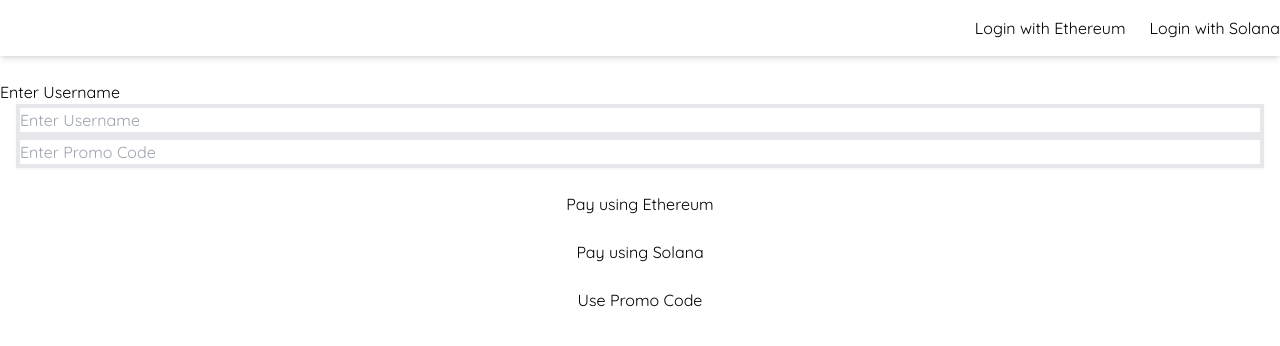
Repository: 22shivam/Polychain
Page: / (app in frontend/)
The author's editor kept a copy of each file at every save. The page is drawn from the files as they stood at one save, then again after the next save.
The browser window is 1280 px wide. The pictures show the whole page.
The page's requests for data from a server got no answer. The project was rebuilt for these pictures with package versions that can differ from the ones it lists, and the page was loaded fresh each time. The framework's server and built-in components were replaced by stand-ins that run in the browser. No one was signed in, and anything a server would have sent is missing. Also part of the build but not shown: frontend/next.config.js.

Above is the page before, as saved 2022-01-01 11:44:14.

### frontend/pages/_app.js
import React from 'react';
import '../styles/globals.css'
import { useState, createContext } from 'react';

const UserContext = createContext({
  userAccount: "",
  setUserAccount: () => { }
});

function MyApp({ Component, pageProps }) {
  const [userAccount, setUserAccount] = useState({});
  const value = { userAccount, setUserAccount };
  console.log(userAccount)


  return (
    <UserContext.Provider value={value}>
      <Component {...pageProps} />
    </UserContext.Provider>
  )
}

export default MyApp
export { UserContext };

### frontend/pages/_document.js
import Document, { Html, Head, Main, NextScript } from 'next/document'

class MyDocument extends Document {
    render() {
        return (
            <Html>
                <Head>
                    <link rel="preconnect" href="https://fonts.googleapis.com" />
                    <link rel="preconnect" href="https://fonts.gstatic.com" crossorigin />
                    <link href="https://fonts.googleapis.com/css2?family=Quicksand:wght@300;400;500;600;700&display=swap" rel="stylesheet" />
                </Head>
                <body className=''>
                    <Main />
                    <NextScript />
                </body>
            </Html>
        )
    }
}

export default MyDocument

### frontend/pages/index.js
import { useState, useEffect, useContext } from "react";
import transferSOL from "../lib/transferSol";
import transferEth from "../lib/transferEth";
import createPostRequest from "../lib/createPostRequest";
import { ethers } from "ethers";
import Link from 'next/link'
import getSolanaProvider from "../lib/getSolanaProvider";
import { UserContext } from "./_app";
import * as web3 from "@solana/web3.js";

export default function App() {
    console.log("rerendering")
    const [username, setUsername] = useState("")
    const [promoCode, setPromoCode] = useState("");
    const { userAccount, setUserAccount } = useContext(UserContext);

    const handleLogout = async () => {
        console.log(userAccount.blockchain)
        if (userAccount.blockchain == "sol") {
            window.solana.disconnect()
        }
        const response = await fetch("http://localhost:3001/logout", {
            credentials: 'include'
        })

        const processedResponse = await response.json()
        console.log(processedResponse)
        setUserAccount({})
    }

    useEffect(() => {
        // ask them to login either through solana or eth
        (async () => {
            console.log("fetching username details")
            const response = await fetch("http://localhost:3001/isLoggedIn", {
                credentials: 'include'
            })
            const processedResponse = await response.json()
            console.log("processedResponse", processedResponse)
            if (!processedResponse.isLoggedIn) {
                return console.log("please login first")
            } else {
                setUserAccount({ address: processedResponse.address, blockchain: processedResponse.blockchain })
            }
        })()
    }, [])

    useEffect(() => {
        if (window.ethereum) {
            window.ethereum.on('accountsChanged', handleLogout);
        }
        if (window.solana) {
            window.solana.on("disconnect", handleLogout)
        }
        return () => {
            if (window.ethereum) {
                window.ethereum.removeListener('accountsChanged', handleLogout);
            }
            if (window.solana) {
                window.solana.removeListener("disconnect", handleLogout);
            }
        }
    }, [])

    const registerUsingPromoCode = async (e) => {

        if (!window.ethereum)
            throw new Error("No Ethereum Crypto wallet found. Please install it.");
        // await window.ethereum.send("eth_requestAccounts");
        // const accounts = await window.ethereum.request({ method: 'eth_accounts' });
        if (!userAccount.address) {
            // ask them to login either through solana or eth
            return console.log("please login first")
        }

        const requestObject = {
            username,
            promoCode,
            address: userAccount.address,
            blockchain: userAccount.blockchain
        }

        try {
            const registrationResponse = await createPostRequest("http://localhost:3001/register/promo", requestObject)
            console.log(registrationResponse)
        } catch (err) { console.log("registration failed:", err) }

    }

    const registerUsingSolana = async (e) => {
        const coinbaseResponse = await fetch("https://api.coinbase.com/v2/exchange-rates")
        const data = await coinbaseResponse.json()
        const solPerUSD = data.data.rates.SOL
        const SOLpayValue = solPerUSD * 5
        const hash = await transferSOL(SOLpayValue, "AA6bqLgTzYPpFFH2R9XLdudibWcemLkKDRtZmPQEsEiS", setUserAccount);
        if (!hash) { return }

        const requestObject = {
            hash,
            username
        }

        try {
            const registrationResponse = await createPostRequest("http://localhost:3001/register/sol", requestObject)
            console.log(registrationResponse)
        } catch (err) { console.log("registration failed:", err) }


    }

    const registerUsingEthereum = async (e) => {
        // make get request to https://api.coinbase.com/v2/exchange-rates
        // get the USD value of ETH
        const coinbaseResponse = await fetch("https://api.coinbase.com/v2/exchange-rates")
        const data = await coinbaseResponse.json()
        const ethPerUSD = data.data.rates.ETH
        const ETHpayValue = ethPerUSD * 5

        const tx = await transferEth({
            ether: ETHpayValue.toString(),
            addr: "0x76aEB5092D8eabCec324Be739b8BA5dF473F0055"
        }, setUserAccount)
        if (!tx) { return }

        const requestObject = {
            tx,
            username
        }
        try {
            const registrationResponse = await createPostRequest("http://localhost:3001/register/eth", requestObject)
            console.log(registrationResponse)
        } catch (err) { console.log("registration failed:", err) }
    }

    const ethLogin = async (e) => {
        try {
            if (!window.ethereum)
                throw new Error("No Ethereum Crypto wallet found. Please install it.");
            // await window.ethereum.send("eth_requestAccounts");
            // const accounts = await window.ethereum.request({ method: 'eth_accounts' });
            const accounts = await window.ethereum.request({
                method: "wallet_requestPermissions",
                params: [{
                    eth_accounts: {}
                }]
            }).then(() => ethereum.request({
                method: 'eth_requestAccounts'
            }))
            // const accounts = await ethereum.request({ method: "eth_requestAccounts" })
            const provider = new ethers.providers.Web3Provider(window.ethereum);
            const signer = provider.getSigner();
            const message = `Logging in.... \n \n Random ID: ${Math.random().toString(36).slice(2)}`
            const signature = await signer.signMessage(message)
            const requestObject = {
                signature,
                message,
                address: accounts[0]
            }
            const loginResponse = await createPostRequest("http://localhost:3001/login/eth", requestObject)

            if (loginResponse.success) {
                setUserAccount({ address: accounts[0], blockchain: "eth" })
            }

            console.log(loginResponse)
        } catch (err) { console.log(err) }

    }

    const solLogin = async (e) => {
        try {
            const provider = await (async () => {
                if ("solana" in window) {
                    // await window.solana.request({ method: "disconnect" });
                    await window.solana.connect();
                    const provider = window.solana;
                    console.log("Is Phantom installed?  ", provider.isPhantom);
                    return provider
                } else {
                    window.open("https://www.phantom.app/", "_blank");
                }
            })()
            const message = `Logging in.... \n \n Random ID: ${Math.random().toString(36).slice(2)}`
            const encodedMessage = new TextEncoder().encode(message);
            const signedMessage = await window.solana.signMessage(encodedMessage, "utf8")
            console.log(JSON.parse(JSON.stringify(signedMessage.publicKey)).toString())
            console.log(signedMessage.publicKey.toBase58()) // returns publickey in base58.
            console.log(new web3.PublicKey(signedMessage.publicKey.toBase58()))
            console.log(Object.getPrototypeOf(signedMessage.publicKey))
            console.log(signedMessage.publicKey)
            console.log(signedMessage.publicKey)
            console.log(signedMessage.publicKey._bn)
            console.log(signedMessage)
            console.log(JSON.stringify(signedMessage))


            const requestObject = {
                signedMessage: signedMessage,
                message,
                address: signedMessage.publicKey.toBytes(),
                publicKey: signedMessage.publicKey.toBase58()

            }
            const loginResponse = await createPostRequest("http://localhost:3001/login/sol", requestObject)

            if (loginResponse.success) {
                setUserAccount({ address: signedMessage.publicKey.toString(), blockchain: "sol" })
            }

            console.log(loginResponse)
        } catch (err) { console.log(err) }
    }


    return (
        <div className="flex flex-col">
            <div className="flex flex-row shadow-md" id="nav_bar">
                <div className="grow-0" id="left_nav_bar"> </div>
                <div className="grow" id="spacer">  </div>
                <div className="grow-0" id="right_nav_bar">
                    {userAccount.address ?
                        <div>
                            <h1><Link href="/dashboard">Dashboard</Link></h1>
                            <button onClick={handleLogout}>Logout</button>
                        </div>
                        : (
                            <div>
                                <button className="px-4 py-2 hover:shadow-md bg-white rounded-xl m-2" onClick={ethLogin}>Login with Ethereum</button>
                                <button onClick={solLogin}>Login with Solana</button>
                            </div>
                        )}


                </div>
            </div>

            <br />
            <h1> Enter Username </h1>
            <input value={username} onChange={(e) => { setUsername(e.target.value) }} className="shadow-sm mr-4 ml-4 border-4" name="ether" type="text" placeholder="Enter Username" />
            <input value={promoCode} onChange={(e) => { setPromoCode(e.target.value) }} className="shadow-sm mr-4 ml-4 border-4" name="ether" type="text" placeholder="Enter Promo Code" />
            <br />
            <button onClick={registerUsingEthereum}>Pay using Ethereum</button>
            <br />
            <button onClick={registerUsingSolana}>Pay using Solana</button>
            <br />
            <button onClick={registerUsingPromoCode}>Use Promo Code</button>
        </div>

    );
}

### frontend/styles/globals.css
@tailwind base;
@tailwind components;
@tailwind utilities;

html,
body {
  padding: 0;
  margin: 0;
  font-family: Quicksand, -apple-system, BlinkMacSystemFont, Segoe UI, Roboto, Oxygen,
    Ubuntu, Cantarell, Fira Sans, Droid Sans, Helvetica Neue, sans-serif;
}

a {
  color: inherit;
  text-decoration: none;
}

* {
  box-sizing: border-box;
}

### frontend/lib/transferSol.js
import getSolanaProvider from "./getSolanaProvider";
import * as web3 from '@solana/web3.js';

export default async function transferSOL(solAmount, toAddr, setUserAccount) {
    // Detecing and storing the phantom wallet of the user (creator in this case)
    var provider = await getSolanaProvider();

    // Establishing connection
    var connection = new web3.Connection(
        web3.clusterApiUrl('devnet'), // change to mainnet-beta when deploying
    );
    var recieverWallet = new web3.PublicKey(toAddr);
    console.log("pblickey of sender", provider.publicKey)
    var transaction = new web3.Transaction().add(
        web3.SystemProgram.transfer({
            fromPubkey: provider.publicKey,
            toPubkey: recieverWallet,
            lamports: solAmount * web3.LAMPORTS_PER_SOL
        }),
    );

    // Setting the variables for the transaction
    transaction.feePayer = await provider.publicKey;
    let blockhashObj = await connection.getRecentBlockhash();
    transaction.recentBlockhash = await blockhashObj.blockhash;
    // Request creator to sign the transaction (allow the transaction)
    let signed = await provider.signTransaction(transaction);
    // The signature is generated
    let hash = await connection.sendRawTransaction(signed.serialize());
    console.log(hash)
    // Confirm whether the transaction went through or not
    if (setUserAccount) {
        setUserAccount({ address: provider.publicKey, blockchain: "sol" })
    }
    await connection.confirmTransaction(hash);
    return hash
}

### frontend/lib/transferEth.js
import { ethers } from 'ethers'
import { toBn } from 'evm-bn';

const transferEth = async ({ ether, addr }, setUserAccount) => {
    try {
        if (!window.ethereum)
            throw new Error("No crypto wallet found. Please install it.");

        const accounts = await ethereum.request({ method: "eth_requestAccounts" })
        // await window.ethereum.request({ method: 'eth_accounts' });
        const provider = new ethers.providers.Web3Provider(window.ethereum);
        const signer = provider.getSigner();
        const tx = await signer.sendTransaction({
            to: addr,
            value: toBn(ether)
        });
        if (setUserAccount) {
            setUserAccount({ address: accounts[0], blockchain: "eth" })
        }
        return tx
    } catch (err) {
        alert(err.message)
    }
};

export default transferEth

### frontend/lib/createPostRequest.js

const createPostRequest = async (url, requestObject) => {
    const response = await fetch(url, {
        method: 'POST', // *GET, POST, PUT, DELETE, etc.
        mode: 'cors', // no-cors, *cors, same-origin
        cache: 'no-cache', // *default, no-cache, reload, force-cache, only-if-cached
        credentials: 'include', // include, *same-origin, omit
        headers: {
            'Content-Type': 'application/json'
            // 'Content-Type': 'application/x-www-form-urlencoded',
        },
        redirect: 'follow', // manual, *follow, error
        referrerPolicy: 'no-referrer', // no-referrer, *no-referrer-when-downgrade, origin, origin-when-cross-origin, same-origin, strict-origin, strict-origin-when-cross-origin, unsafe-url
        body: JSON.stringify(requestObject) // body data type must match "Content-Type" header
    });

    const processedResponse = await response.json();

    return processedResponse
}

export default createPostRequest;

### frontend/lib/getSolanaProvider.js
const getSolanaProvider = async () => {
    if ("solana" in window) {
        await window.solana.connect();
        const provider = window.solana;
        if (provider.isPhantom) {
            console.log("Is Phantom installed?  ", provider.isPhantom);
            return provider;
        }
    } else {
        window.open("https://www.phantom.app/", "_blank");
    }
};

export default getSolanaProvider;

Loaded but not shown: frontend/tailwind.config.js (common file)

After the next save:
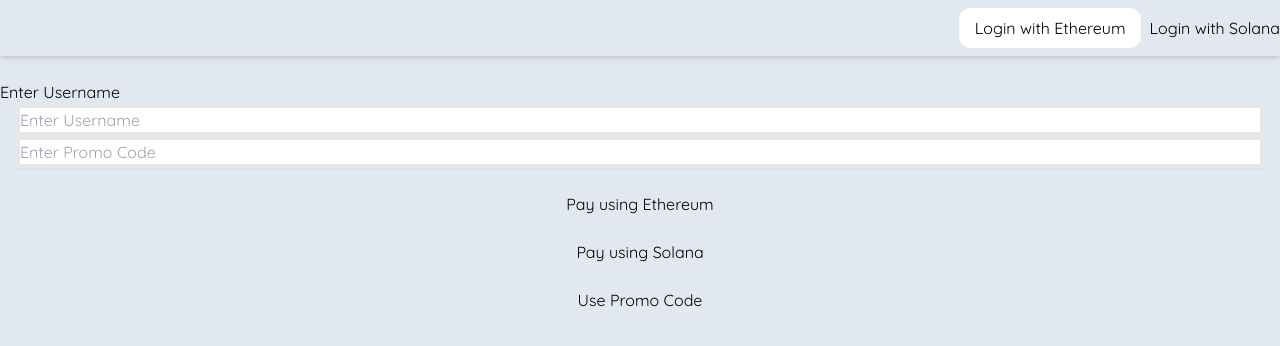
Saved 55 s later.
--- a/frontend/pages/_document.js
+++ b/frontend/pages/_document.js
@@ -9,7 +9,7 @@
                     <link rel="preconnect" href="https://fonts.gstatic.com" crossorigin />
                     <link href="https://fonts.googleapis.com/css2?family=Quicksand:wght@300;400;500;600;700&display=swap" rel="stylesheet" />
                 </Head>
-                <body className=''>
+                <body className='bg-slate-200'>
                     <Main />
                     <NextScript />
                 </body>

After the save that followed:
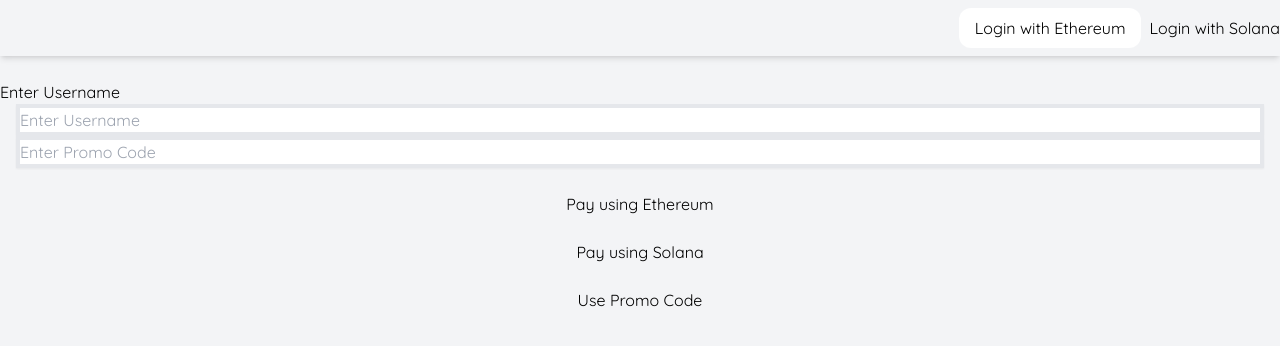
Saved 15 s later.
--- a/frontend/pages/_document.js
+++ b/frontend/pages/_document.js
@@ -9,7 +9,7 @@
                     <link rel="preconnect" href="https://fonts.gstatic.com" crossorigin />
                     <link href="https://fonts.googleapis.com/css2?family=Quicksand:wght@300;400;500;600;700&display=swap" rel="stylesheet" />
                 </Head>
-                <body className='bg-slate-200'>
+                <body className='bg-gray-100'>
                     <Main />
                     <NextScript />
                 </body>
